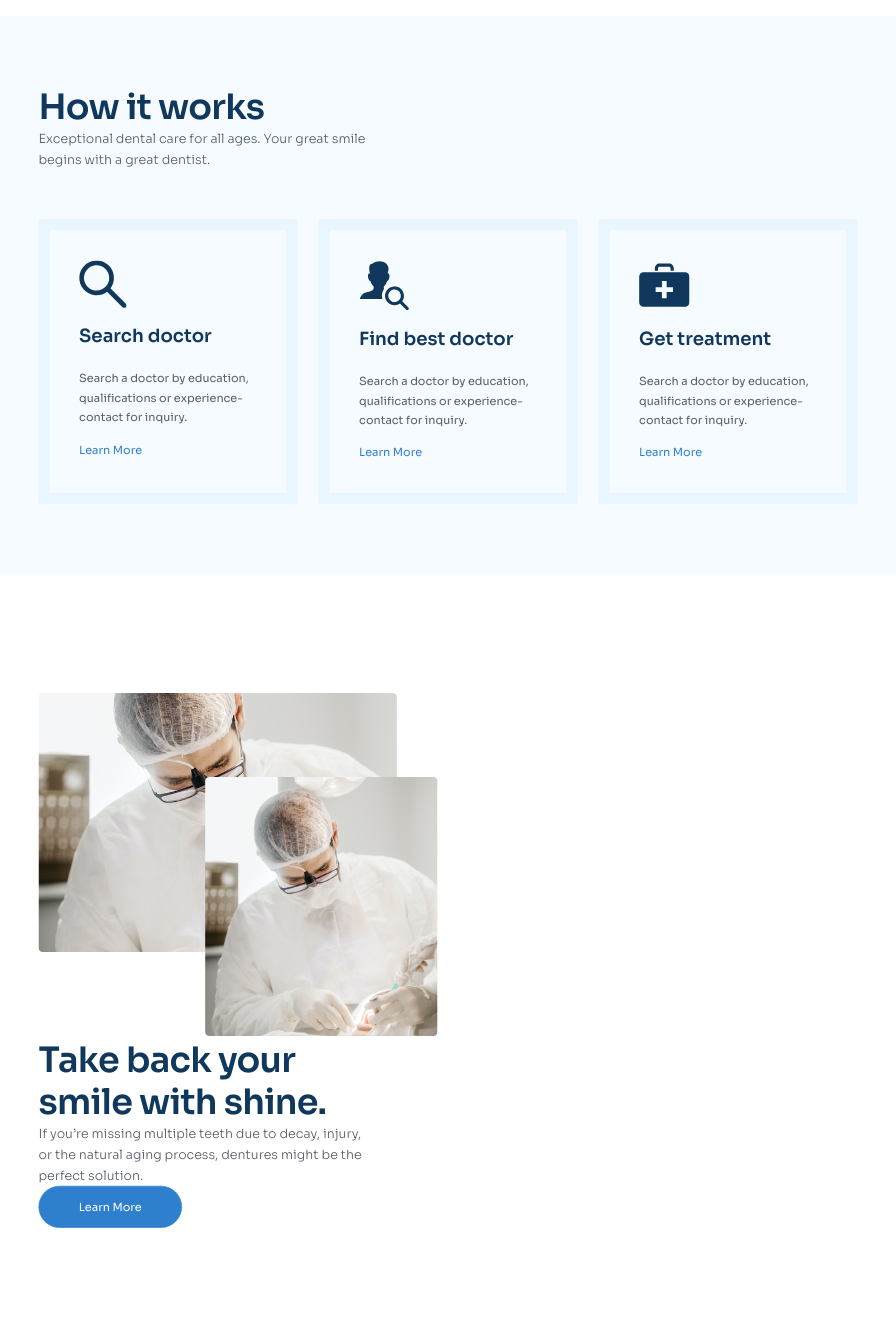
Repository: Tran-Dat/F8_Project_03
Page: index.html
An editor plug-in stored every save of this project. The page is shown before and after the next save, followed by the edit.
The browser window is 1280 px wide. The pictures show the part of the page from y = 1880 to 3800 px (the page is 3800 px tall), at 70% of full size.

Above is the page before, as saved 2023-04-03 16:18:51.

After the next save:
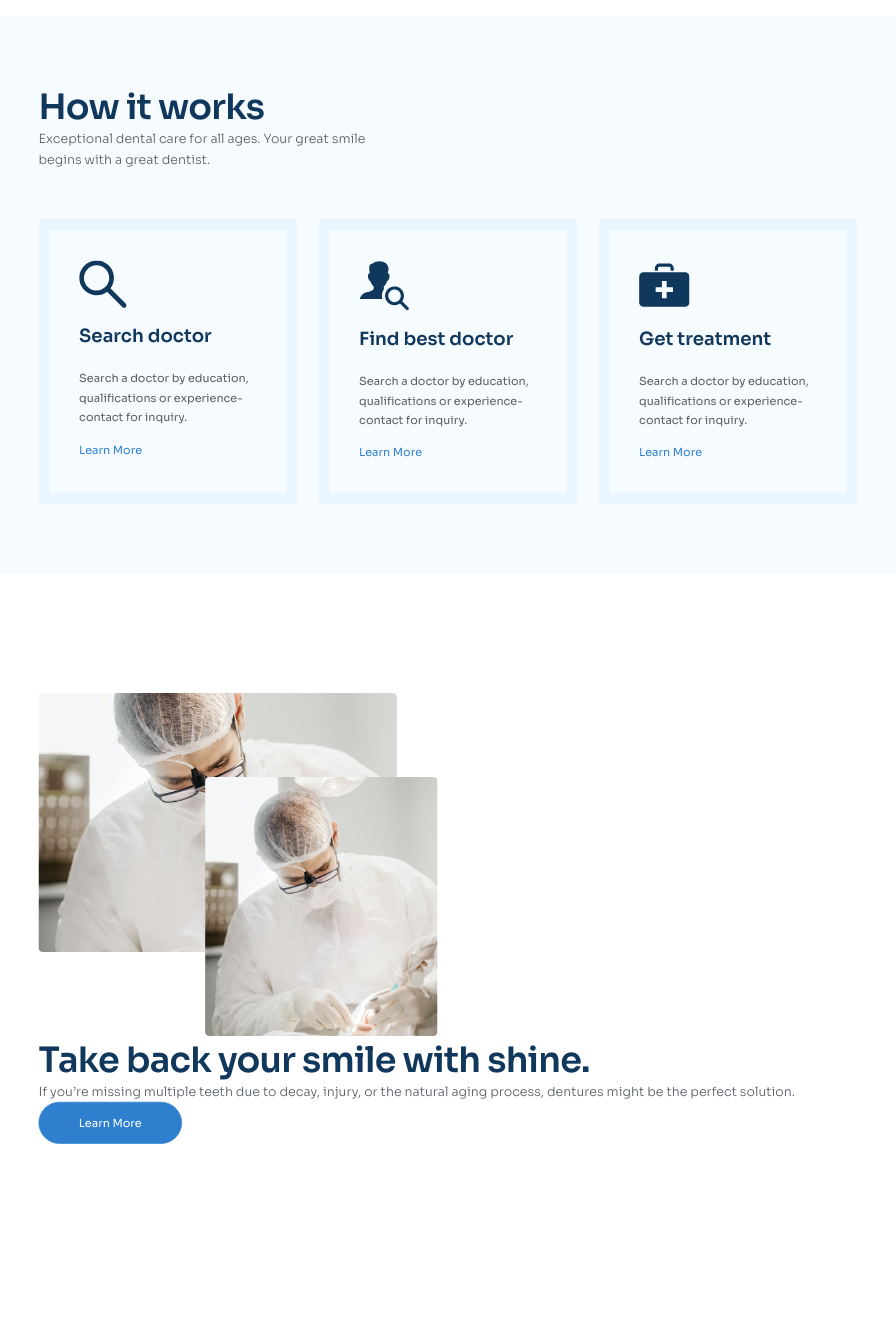
Saved 10 s later.
--- a/assets/css/style.css
+++ b/assets/css/style.css
@@ -413,7 +413,3 @@
     left: 238px;
     width: 332px;
 }
-
-.feature__content {
-    width: 40%;
-}
